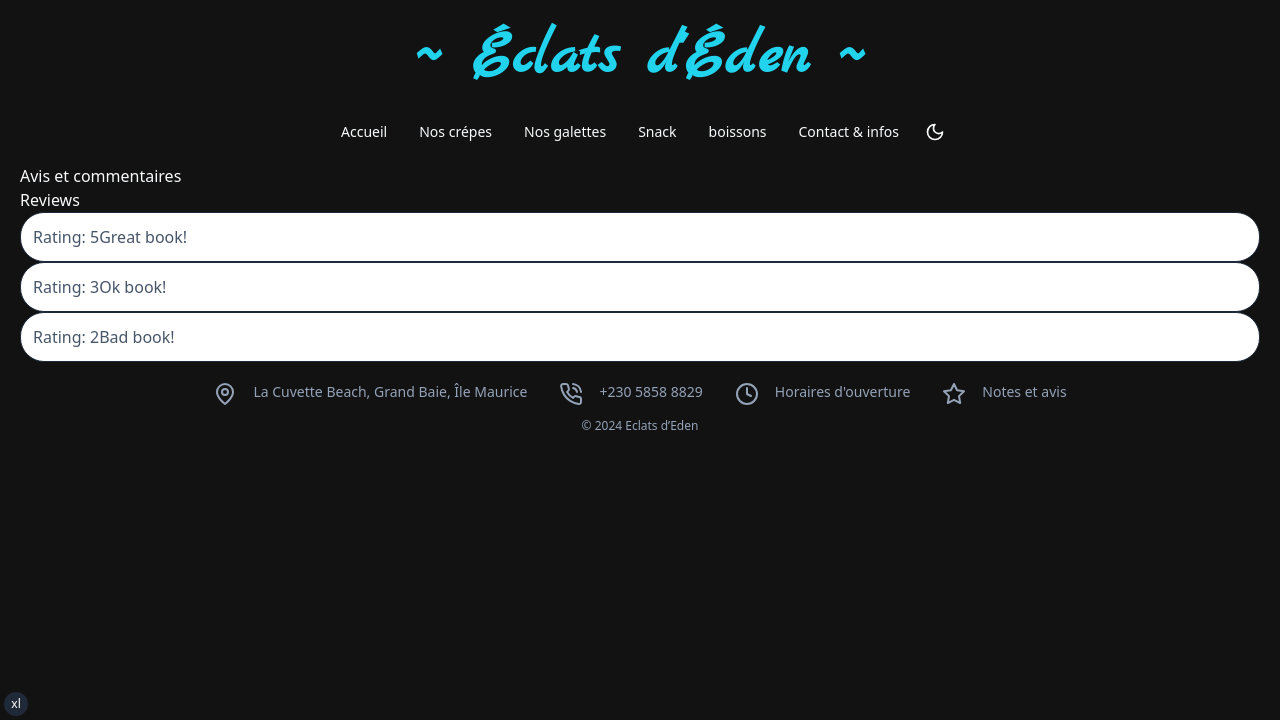
Repository: jeffMauritius/eclats-deden
Page: /reviews
An editor plug-in stored every save of this project. The page is shown before and after the next save, followed by the edit.
The browser window is 1280 px wide. The pictures show the whole page.
The project was rebuilt for these pictures with package versions that can differ from the ones it lists, and the page was loaded fresh each time. The framework's server and built-in components were replaced by stand-ins that run in the browser. Also part of the build but not shown: next.config.mjs.

Above is the page before, as saved 2024-08-13 12:36:27.

### app/layout.tsx
// app/layout.
import { Header } from "@/components/layout/Header"
import { TailwindIndicator } from "@/components/TailwindIndicator"
import { SiteConfig } from "@/lib/config"
import { cn } from "@/lib/utils"
import type { Metadata } from "next"
import { Inter, Marck_Script } from "next/font/google"
import { PropsWithChildren } from "react"
import { Providers } from "./Providers"
import "./globals.css"
import { Title } from "@/components/layout/Title"
import { Footer } from "@/components/layout/Footer"

const fontSans = Inter({ subsets: ["latin"], variable: "--font-sans" })
const fontDisplay = Marck_Script({
  subsets: ["latin"],
  variable: "--font-display",
  weight: "400",
})

export const metadata: Metadata = {
  title: SiteConfig.title,
  description: SiteConfig.description,
}

export default function RootLayout({ children }: PropsWithChildren) {
  return (
    <html lang="en" className="h-full" suppressHydrationWarning>
      <head />
      <body
        className={cn(
          `flex flex-col h-screen bg-background font-sans antialiased p-5`,
          fontSans.variable,
          fontDisplay.variable,
        )}
      >
        <Providers>
          <div className="relative flex flex-col">
            <Title title="Éclats d'Éden" />
            <div>
              <Header />
            </div>
            {children}
            <div className="mt-5 md:col-span-3">
              <Footer />
            </div>
          </div>
          <TailwindIndicator />
        </Providers>
      </body>
    </html>
  )
}

### app/reviews/page.tsx
import ReviewsList from "@/components/ReviewsList"

const ReviewsPage = () => {
  return (
    <div>
      <h1>Avis et commentaires</h1>
      <ReviewsList />
    </div>
  )
}

export default ReviewsPage

### src/components/layout/Header.tsx
"use client"

import { ThemeToggle } from "../ThemeToggle"
import NavigationMenuComponent from "./NavigationMenu"

export function Header() {
  return (
    <header className=" z-30 w-full">
      <div className=" container flex  flex-col  items-center space-x-4 pt-3 sm:justify-between sm:space-x-0">
        <div className="flex flex-auto justify-center py-3">
          <NavigationMenuComponent />
          <ThemeToggle />
        </div>
      </div>
    </header>
  )
}

### src/lib/config.ts
export const SiteConfig = {
  title: "Camille snack",
  description: "La Cuvette Beach, Grand Baie, Île Maurice",
} as const

### app/Providers.tsx
"use client"

import { SessionProvider } from "next-auth/react"
import { ThemeProvider } from "next-themes"
import { PropsWithChildren } from "react"
import { Toaster } from "react-hot-toast"

export const Providers = ({ children }: PropsWithChildren) => {
  return (
    <>
      <ThemeProvider attribute="class" defaultTheme="dark" enableSystem>
        <Toaster />
        <SessionProvider>{children}</SessionProvider>
      </ThemeProvider>
    </>
  )
}

### app/globals.css
@tailwind base;
  @tailwind components;
  @tailwind utilities;

  @layer base {
    :root {
      --background: 0 0% 100%;
      --foreground: 222.2 84% 4.9%;

      --card: 0 0% 100%;
      --card-foreground: 222.2 84% 4.9%;

      --popover: 0 0% 100%;
      --popover-foreground: 222.2 84% 4.9%;

      --primary: 222.2 47.4% 11.2%;
      --primary-foreground: 210 40% 98%;

      --secondary: 210 40% 96.1%;
      --secondary-foreground: 222.2 47.4% 11.2%;

      --muted: 210 40% 96.1%;
      --muted-foreground: 215.4 16.3% 46.9%;

      --accent: 210 40% 96.1%;
      --accent-foreground: 222.2 47.4% 11.2%;

      --destructive: 0 84.2% 60.2%;
      --destructive-foreground: 210 40% 98%;

      --border: 214.3 31.8% 91.4%;
      --input: 214.3 31.8% 91.4%;
      --ring: 222.2 84% 4.9%;

      --radius: 0.5rem;
    }

    .dark {
      --background: rgb(10, 11, 10);
      --foreground: 210 40% 98%;

      --card: rgb(10, 11, 10);
      --card-foreground: 210 40% 98%;

      --popover: 222.2 84% 4.9%;
      --popover-foreground: 210 40% 98%;

      --primary: 210 40% 98%;
      --primary-foreground: 222.2 47.4% 11.2%;

      --secondary: 217.2 32.6% 17.5%;
      --secondary-foreground: 210 40% 98%;

      --muted: 217.2 32.6% 17.5%;
      --muted-foreground: 215 20.2% 65.1%;

      --accent: 217.2 32.6% 17.5%;
      --accent-foreground: 210 40% 98%;

      --destructive: 0 62.8% 30.6%;
      --destructive-foreground: 210 40% 98%;

      --border: 217.2 32.6% 17.5%;
      --input: 217.2 32.6% 17.5%;
      --ring: 212.7 26.8% 83.9%;
    }
  }

  @layer base {
    * {
      @apply border-border;
    }
    @font-face {
      font-family: 'Marck Script';
      font-style: normal;
      font-weight: 400;
      font-display: swap;
      src: url(/fonts/MarckScript-Regular.ttf) format('ttf');
    }
    body {
      @apply bg-background text-foreground;
    }
  }

### src/components/layout/Title.tsx
interface TitleProps {
  title: string
}

export function Title({ title }: TitleProps) {
  return (
    <div className="flex flex-auto justify-center ">
      <h1
        className={`pt-2 font-display text-4xl font-bold text-cyan-400 md:text-6xl`}
      >
        {" "}
        {`~ ${title} ~`}
      </h1>
    </div>
  )
}

### src/components/layout/Footer.tsx
import Link from "next/link"
import { Typography } from "../ui/typography"
import { MapPin } from "lucide-react"
import { PhoneCall } from "lucide-react"
import { Clock } from "lucide-react"
import { Star } from "lucide-react"

export const Footer = () => {
  return (
    <footer className="w-6/8 z-40 border-card bg-background">
      <div className="m-auto w-full max-w-4xl px-2 ">
        <div className="flex w-full items-center justify-center">
          <div className="flex gap-8 text-sm text-muted-foreground">
            <Link className="flex hover:underline md:gap-4" href="/location">
              <MapPin />
              <p className="hidden md:block">
                La Cuvette Beach, Grand Baie, Île Maurice
              </p>
            </Link>
            <Link className="flex hover:underline md:gap-4" href="/legal/cgv">
              <PhoneCall />
              <p className="hidden md:block">+230 5858 8829</p>
            </Link>
            <Link className="flex hover:underline md:gap-4" href="/schedule">
              <Clock />
              <p className="hidden md:block">{`Horaires d'ouverture`}</p>
            </Link>
            <Link className="flex hover:underline md:gap-4" href="/reviews">
              <Star />
              <p className="hidden md:block">Notes et avis</p>
            </Link>
          </div>
        </div>
        <div className="flex w-full items-center justify-center py-3">
          <Typography variant="base" className="text-xs text-muted-foreground">
            &copy; {new Date().getFullYear()} Eclats d&rsquo;Eden
          </Typography>
        </div>
      </div>
    </footer>
  )
}

### src/components/ReviewsList.tsx
import ReviewItem from "./ReviewItem"
const reviews = [
  { id: 1, rating: 5, content: "Great book!" },
  { id: 2, rating: 3, content: "Ok book!" },
  { id: 3, rating: 2, content: "Bad book!" },
]

const ReviewsList = () => {
  return (
    <div>
      <h1>Reviews</h1>
      {reviews.map(review => (
        <ReviewItem key={review.id} review={review} />
      ))}
    </div>
  )
}
export default ReviewsList

### src/components/ThemeToggle.tsx
"use client"

import { Button } from "@/components/ui/button"
import { Moon, Sun } from "lucide-react"
import { useTheme } from "next-themes"

export function ThemeToggle() {
  const { setTheme, theme } = useTheme()

  return (
    <Button
      variant="ghost"
      size="icon"
      onClick={() => setTheme(theme === "light" ? "dark" : "light")}
    >
      <Sun className="h-6 w-[1.3rem] dark:hidden" />
      <Moon className="hidden size-5 dark:block" />
      <span className="sr-only">Toggle theme</span>
    </Button>
  )
}

### src/components/layout/NavigationMenu.tsx
"use client"

import {
  NavigationMenu,
  NavigationMenuLink,
  navigationMenuTriggerStyle,
} from "@/components/ui/navigation-menu"
import { navigationData } from "./navigationData"
import { useClientMediaQuery } from "@/lib/isMobileDevice"

const NavigationMenuComponent = () => {
  const isMobile = useClientMediaQuery("(max-width: 600px)")
  return (
    <NavigationMenu>
      {!isMobile &&
        navigationData.map((item, index) => (
          <NavigationMenuLink
            className={navigationMenuTriggerStyle()}
            key={index}
            href={item.link}
          >
            {item.title}
          </NavigationMenuLink>
        ))}
    </NavigationMenu>
  )
}

export default NavigationMenuComponent

### src/components/ui/typography.tsx
// src/components/ui/Typography.
import { VariantProps, cva } from "class-variance-authority"
import type {
  ComponentPropsWithoutRef,
  ElementType,
  PropsWithChildren,
} from "react"
import { cn } from "../../lib/utils"

type PolymorphicAsProp<E extends ElementType> = {
  as?:
    | E
    | React.ComponentType<Omit<ComponentPropsWithoutRef<E>, "as">>
    | React.FunctionComponent<Omit<ComponentPropsWithoutRef<E>, "as">>
}

type PolymorphicProps<E extends ElementType> = PropsWithChildren<
  Omit<ComponentPropsWithoutRef<E>, "as"> & PolymorphicAsProp<E>
>

const typographyVariants = cva("", {
  variants: {
    variant: {
      h1: "font-caption scroll-m-20 text-4xl font-extrabold tracking-tight lg:text-5xl",
      h2: "font-caption scroll-m-20 border-b pb-2 text-3xl font-semibold tracking-tight transition-colors first:mt-0",
      h3: "font-caption scroll-m-20 text-xl font-semibold tracking-tight",
      p: "leading-7 [&:not(:first-child)]:mt-6",
      base: "",
      quote: "mt-6 border-l-2 pl-6 italic",
      code: "relative rounded bg-muted px-[0.3rem] py-[0.2rem] font-mono text-sm font-semibold",
      lead: "text-xl text-muted-foreground",
      large: "text-lg font-semibold",
      small: "text-sm font-medium leading-none",
      muted: "text-sm text-muted-foreground",
      link: "font-medium text-indigo-500 hover:underline",
    },
  },
  defaultVariants: {
    variant: "base",
  },
})
type TypographyCvaProps = VariantProps<typeof typographyVariants>

const defaultElement = "p"

const defaultElementMapping: Record<
  NonNullable<TypographyCvaProps["variant"]>,
  ElementType
> = {
  h1: "h1",
  h2: "h2",
  h3: "h3",
  p: "p",
  quote: "blockquote" as "p",
  code: "code",
  lead: "p",
  large: "p",
  small: "p",
  muted: "p",
  link: "a",
  base: "p",
} as const

const getDefaultElement = (variant: TypographyCvaProps["variant"]) => {}

export function Typography<E extends ElementType = typeof defaultElement>({
  as,
  children,
  className,
  variant,
  ...restProps
}: PolymorphicProps<E> & TypographyCvaProps) {
  const Component: ElementType =
    as ?? defaultElementMapping[variant ?? "base"] ?? defaultElement

  return (
    <Component
      {...(restProps as ComponentPropsWithoutRef<E>)}
      className={cn(typographyVariants({ variant }), className)}
    >
      {children}
    </Component>
  )
}

### src/components/ReviewItem.tsx
type Review = {
  rating: number
  content: string
}
const ReviewItem = ({ review }: { review: Review }) => {
  return (
    <div className="flex rounded-3xl border bg-white p-3 text-slate-600">
      <h3>Rating: {review.rating}</h3>
      <p>{review.content}</p>
    </div>
  )
}

export default ReviewItem

### src/components/ui/button.tsx
import * as React from "react"
import { Slot } from "@radix-ui/react-slot"
import { cva, type VariantProps } from "class-variance-authority"

import { cn } from "@/lib/utils"

const buttonVariants = cva(
  "inline-flex items-center justify-center whitespace-nowrap rounded-md text-sm font-medium ring-offset-background transition-colors focus-visible:outline-none focus-visible:ring-2 focus-visible:ring-ring focus-visible:ring-offset-2 disabled:pointer-events-none disabled:opacity-50",
  {
    variants: {
      variant: {
        default: "bg-primary text-primary-foreground hover:bg-primary/90",
        destructive:
          "bg-destructive text-destructive-foreground hover:bg-destructive/90",
        outline:
          "border border-input bg-background hover:bg-accent hover:text-accent-foreground",
        secondary:
          "bg-secondary text-secondary-foreground hover:bg-secondary/80",
        ghost: "hover:bg-accent hover:text-accent-foreground",
        link: "text-primary underline-offset-4 hover:underline",
      },
      size: {
        default: "h-10 px-4 py-2",
        sm: "h-9 rounded-md px-3",
        lg: "h-11 rounded-md px-8",
        icon: "size-10",
      },
    },
    defaultVariants: {
      variant: "default",
      size: "default",
    },
  },
)

export interface ButtonProps
  extends React.ButtonHTMLAttributes<HTMLButtonElement>,
    VariantProps<typeof buttonVariants> {
  asChild?: boolean
}

const Button = React.forwardRef<HTMLButtonElement, ButtonProps>(
  ({ className, variant, size, asChild = false, ...props }, ref) => {
    const Comp = asChild ? Slot : "button"
    return (
      <Comp
        className={cn(buttonVariants({ variant, size, className }))}
        ref={ref}
        {...props}
      />
    )
  },
)
Button.displayName = "Button"

export { Button, buttonVariants }

### src/components/ui/navigation-menu.tsx
import * as React from "react"
import * as NavigationMenuPrimitive from "@radix-ui/react-navigation-menu"
import { cva } from "class-variance-authority"
import { ChevronDown } from "lucide-react"

import { cn } from "@/lib/utils"

const NavigationMenu = React.forwardRef<
  React.ElementRef<typeof NavigationMenuPrimitive.Root>,
  React.ComponentPropsWithoutRef<typeof NavigationMenuPrimitive.Root>
>(({ className, children, ...props }, ref) => (
  <NavigationMenuPrimitive.Root
    ref={ref}
    className={cn(
      "relative z-10 flex max-w-max flex-1 items-center justify-center",
      className,
    )}
    {...props}
  >
    {children}
    <NavigationMenuViewport />
  </NavigationMenuPrimitive.Root>
))
NavigationMenu.displayName = NavigationMenuPrimitive.Root.displayName

const NavigationMenuList = React.forwardRef<
  React.ElementRef<typeof NavigationMenuPrimitive.List>,
  React.ComponentPropsWithoutRef<typeof NavigationMenuPrimitive.List>
>(({ className, ...props }, ref) => (
  <NavigationMenuPrimitive.List
    ref={ref}
    className={cn(
      "group flex flex-1 list-none items-center justify-center space-x-1",
      className,
    )}
    {...props}
  />
))
NavigationMenuList.displayName = NavigationMenuPrimitive.List.displayName

const NavigationMenuItem = NavigationMenuPrimitive.Item

const navigationMenuTriggerStyle = cva(
  "group inline-flex h-10 w-max items-center justify-center rounded-md bg-background px-4 py-2 text-sm font-medium transition-colors hover:bg-accent hover:text-accent-foreground focus:bg-accent focus:text-accent-foreground focus:outline-none disabled:pointer-events-none disabled:opacity-50 data-[active]:bg-accent/50 data-[state=open]:bg-accent/50",
)

const NavigationMenuTrigger = React.forwardRef<
  React.ElementRef<typeof NavigationMenuPrimitive.Trigger>,
  React.ComponentPropsWithoutRef<typeof NavigationMenuPrimitive.Trigger>
>(({ className, children, ...props }, ref) => (
  <NavigationMenuPrimitive.Trigger
    ref={ref}
    className={cn(navigationMenuTriggerStyle(), "group", className)}
    {...props}
  >
    {children}{" "}
    <ChevronDown
      className="relative top-px ml-1 size-3 transition duration-200 group-data-[state=open]:rotate-180"
      aria-hidden="true"
    />
  </NavigationMenuPrimitive.Trigger>
))
NavigationMenuTrigger.displayName = NavigationMenuPrimitive.Trigger.displayName

const NavigationMenuContent = React.forwardRef<
  React.ElementRef<typeof NavigationMenuPrimitive.Content>,
  React.ComponentPropsWithoutRef<typeof NavigationMenuPrimitive.Content>
>(({ className, ...props }, ref) => (
  <NavigationMenuPrimitive.Content
    ref={ref}
    className={cn(
      "left-0 top-0 w-full data-[motion^=from-]:animate-in data-[motion^=to-]:animate-out data-[motion^=from-]:fade-in data-[motion^=to-]:fade-out data-[motion=from-end]:slide-in-from-right-52 data-[motion=from-start]:slide-in-from-left-52 data-[motion=to-end]:slide-out-to-right-52 data-[motion=to-start]:slide-out-to-left-52 md:absolute md:w-auto ",
      className,
    )}
    {...props}
  />
))
NavigationMenuContent.displayName = NavigationMenuPrimitive.Content.displayName

const NavigationMenuLink = NavigationMenuPrimitive.Link

const NavigationMenuViewport = React.forwardRef<
  React.ElementRef<typeof NavigationMenuPrimitive.Viewport>,
  React.ComponentPropsWithoutRef<typeof NavigationMenuPrimitive.Viewport>
>(({ className, ...props }, ref) => (
  <div className={cn("absolute left-0 top-full flex justify-center")}>
    <NavigationMenuPrimitive.Viewport
      className={cn(
        "origin-top-center relative mt-1.5 h-[var(--radix-navigation-menu-viewport-height)] w-full overflow-hidden rounded-md border bg-popover text-popover-foreground shadow-lg data-[state=open]:animate-in data-[state=closed]:animate-out data-[state=closed]:zoom-out-95 data-[state=open]:zoom-in-90 md:w-[var(--radix-navigation-menu-viewport-width)]",
        className,
      )}
      ref={ref}
      {...props}
    />
  </div>
))
NavigationMenuViewport.displayName =
  NavigationMenuPrimitive.Viewport.displayName

const NavigationMenuIndicator = React.forwardRef<
  React.ElementRef<typeof NavigationMenuPrimitive.Indicator>,
  React.ComponentPropsWithoutRef<typeof NavigationMenuPrimitive.Indicator>
>(({ className, ...props }, ref) => (
  <NavigationMenuPrimitive.Indicator
    ref={ref}
    className={cn(
      "top-full z-[1] flex h-1.5 items-end justify-center overflow-hidden data-[state=visible]:animate-in data-[state=hidden]:animate-out data-[state=hidden]:fade-out data-[state=visible]:fade-in",
      className,
    )}
    {...props}
  >
    <div className="relative top-[60%] size-2 rotate-45 rounded-tl-sm bg-border shadow-md" />
  </NavigationMenuPrimitive.Indicator>
))
NavigationMenuIndicator.displayName =
  NavigationMenuPrimitive.Indicator.displayName

export {
  navigationMenuTriggerStyle,
  NavigationMenu,
  NavigationMenuList,
  NavigationMenuItem,
  NavigationMenuContent,
  NavigationMenuTrigger,
  NavigationMenuLink,
  NavigationMenuIndicator,
  NavigationMenuViewport,
}

### src/components/layout/navigationData.ts
export const navigationData = [
    {
        title: "Accueil",
        link: "/",
    },
    {
        title: "Nos crépes",
        link: "/crepes",
    },
    {
        title: "Nos galettes",
        link: "/galettes",
    },
    {
        title: "Snack",
        link: "/snack",
    },
    {
        title: "boissons",
        link: "/boissons",
    },
    {
        title: "Contact & infos",
        link: "/location",
    },

]

export const navigationDataMobile = [
    {
        title: "Accueil",
        link: "/",
    },
    {
        title: "Horaires d'ouverture",
        link: "/schedule",
    },
    {
        title: "Contact & infos",
        link: "/location",
    },

]

### src/lib/isMobileDevice.ts
'use client'

import { useEffect, useState } from 'react'

export function useClientMediaQuery(query: string) {
  const [matches, setMatches] = useState(false)

  useEffect(() => {
    const mediaQueryList = window.matchMedia(query)

    const handleMatchChange = (e: MediaQueryListEvent) => {
      setMatches(e.matches)
    }

    mediaQueryList.addEventListener('change', handleMatchChange)
    setMatches(mediaQueryList.matches)

    return () => {
      mediaQueryList.removeEventListener('change', handleMatchChange)
    }
  }, [query])

  return matches
}

### tailwind.config.ts
import type { Config } from "tailwindcss"

const config = {
  darkMode: ["class"],
  content: [
    "./pages/**/*.{ts,tsx}",
    "./components/**/*.{ts,tsx}",
    "./app/**/*.{ts,tsx}",
    "./src/**/*.{ts,tsx}",
  ],
  prefix: "",
  theme: {
    container: {
      center: true,
      padding: "2rem",
      screens: {
        "2xl": "1400px",
      },
    },
    fontFamily: {
      'display': ['"Marck Script"', 'cursive'],
      'body': ['"Open Sans"', 'sans-serif'],
    },
    extend: {
      colors: {
        border: "hsl(var(--border))",
        input: "hsl(var(--input))",
        ring: "hsl(var(--ring))",
        background: "hsl(var(--background))",
        foreground: "hsl(var(--foreground))",
        primary: {
          DEFAULT: "hsl(var(--primary))",
          foreground: "hsl(var(--primary-foreground))",
        },
        secondary: {
          DEFAULT: "hsl(var(--secondary))",
          foreground: "hsl(var(--secondary-foreground))",
        },
        destructive: {
          DEFAULT: "hsl(var(--destructive))",
          foreground: "hsl(var(--destructive-foreground))",
        },
        muted: {
          DEFAULT: "hsl(var(--muted))",
          foreground: "hsl(var(--muted-foreground))",
        },
        accent: {
          DEFAULT: "hsl(var(--accent))",
          foreground: "hsl(var(--accent-foreground))",
        },
        popover: {
          DEFAULT: "hsl(var(--popover))",
          foreground: "hsl(var(--popover-foreground))",
        },
        card: {
          DEFAULT: "hsl(var(--card))",
          foreground: "hsl(var(--card-foreground))",
        },
      },
      borderRadius: {
        lg: "var(--radius)",
        md: "calc(var(--radius) - 2px)",
        sm: "calc(var(--radius) - 4px)",
      },
      keyframes: {
        "accordion-down": {
          from: { height: "0" },
          to: { height: "var(--radix-accordion-content-height)" },
        },
        "accordion-up": {
          from: { height: "var(--radix-accordion-content-height)" },
          to: { height: "0" },
        },
      },
      animation: {
        "accordion-down": "accordion-down 0.2s ease-out",
        "accordion-up": "accordion-up 0.2s ease-out",
      },
    },
  },
  plugins: [require("tailwindcss-animate")],
} satisfies Config

export default config

Loaded but not shown: src/components/TailwindIndicator.tsx (common file); src/lib/utils.ts (common file)

After the next save:
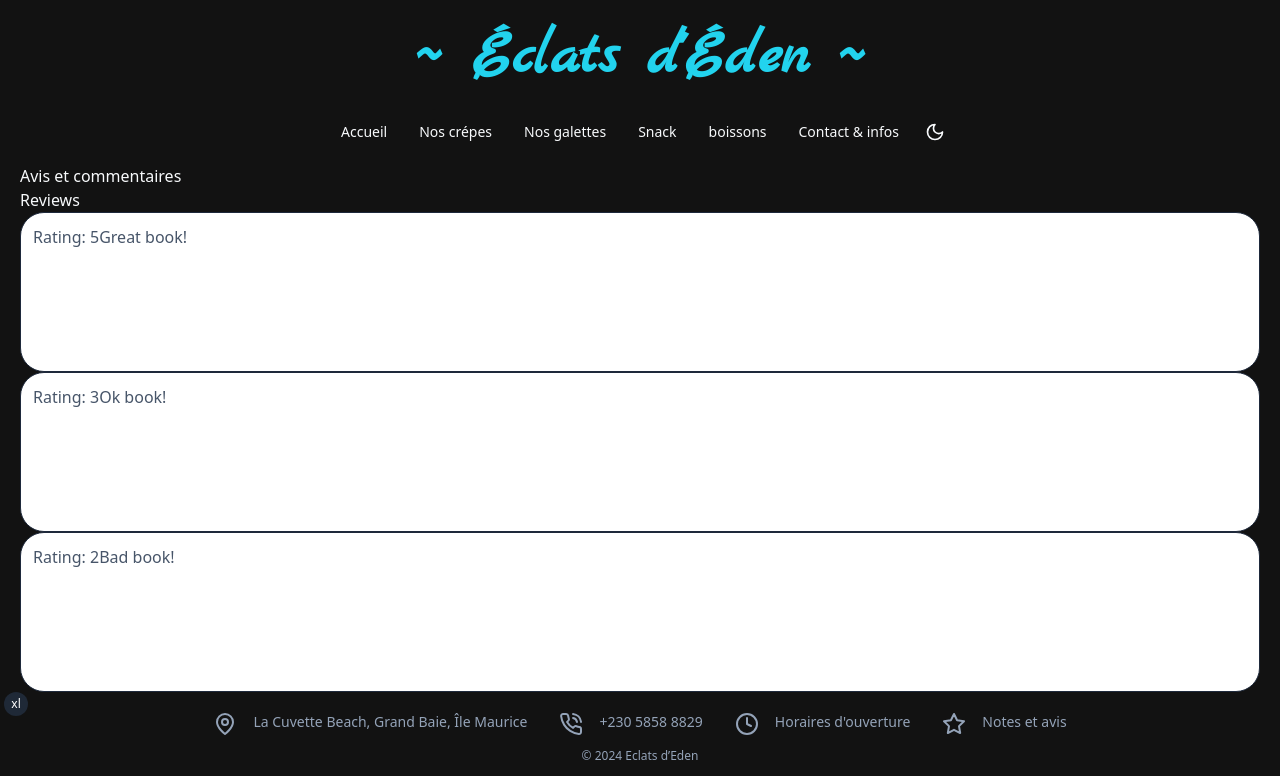
Saved 27 s later.
--- a/src/components/ReviewItem.tsx
+++ b/src/components/ReviewItem.tsx
@@ -4,7 +4,7 @@ type Review = {
 }
 const ReviewItem = ({ review }: { review: Review }) => {
   return (
-    <div className="flex rounded-3xl border bg-white p-3 text-slate-600">
+    <div className="flex min-h-40 rounded-3xl border bg-white p-3 text-slate-600">
       <h3>Rating: {review.rating}</h3>
       <p>{review.content}</p>
     </div>
